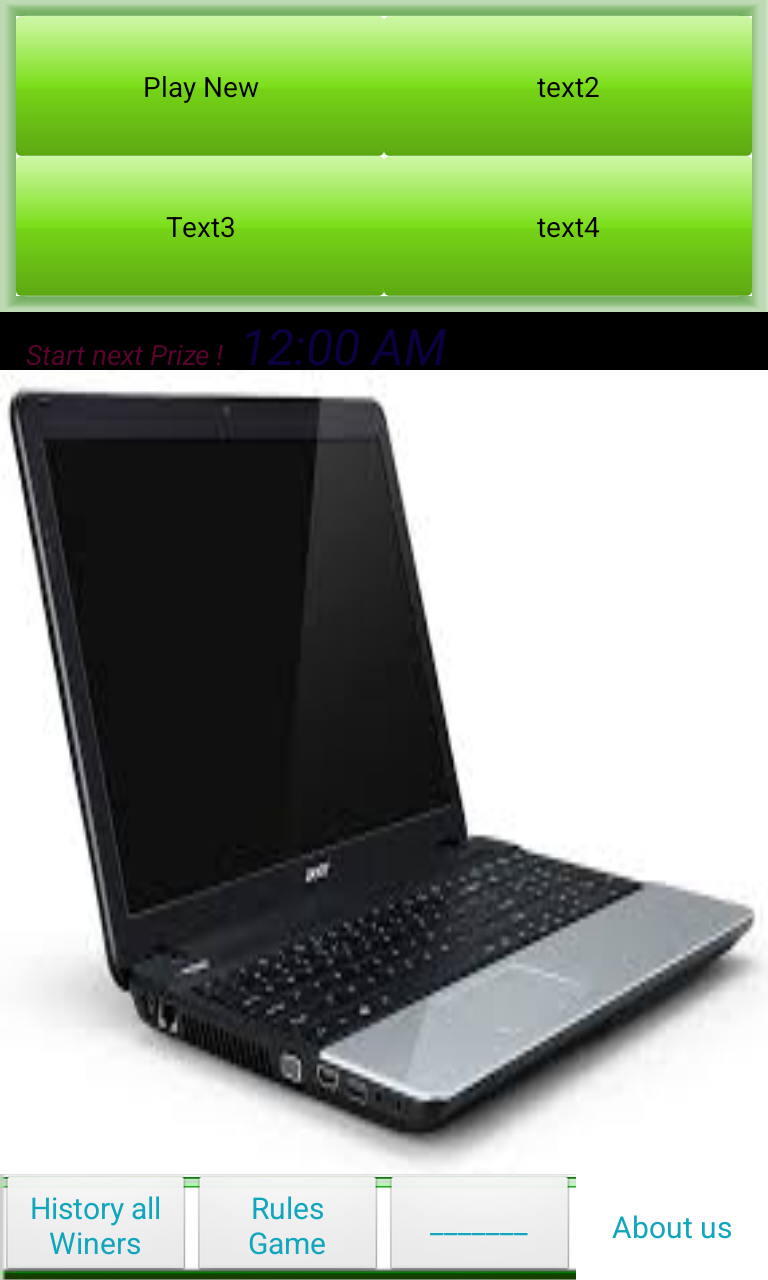
Repository: Skyremix/lottery
Layout: lotery/thelotter/res/layout/activity_main.xml
An editor plug-in stored every save of this project. The layout is shown before and after the next save, followed by the edit.
It is drawn on a 768 x 1280 px phone screen (xhdpi) without system bars, with theme android:Theme.WithActionBar; the app's code is not run. The app's manifest (not shown) leaves right-to-left support off. So textAlignment, textDirection and layoutDirection are ignored, and left and right values win over start and end ones.

Above is the layout before, as saved 2015-04-07 20:42:56.

### lotery/thelotter/res/layout/activity_main.xml
<RelativeLayout xmlns:android="http://schemas.android.com/apk/res/android"
    xmlns:tools="http://schemas.android.com/tools"
    android:layout_width="match_parent"
    android:layout_height="match_parent"
    android:paddingBottom="0dp"
    android:paddingLeft="0dp"
    android:paddingRight="0dp"
    android:paddingTop="0dp"
    tools:context="com.example.thelotter.MainActivity" >

<LinearLayout
    android:layout_width="match_parent"
    android:layout_height="match_parent"
   	android:orientation="vertical">

    <LinearLayout
        android:layout_width="match_parent"
        android:layout_height="match_parent"
        android:layout_weight="1"
        android:orientation="vertical">

        <LinearLayout
            android:layout_width="match_parent"
            android:layout_height="156dp"
            android:orientation="vertical"
            android:background="@drawable/f">

            <LinearLayout
                android:layout_width="match_parent"
                android:layout_height="match_parent"
                android:orientation="horizontal"
                android:layout_weight="1"
                android:layout_marginLeft="0dp"
                android:layout_marginRight="0dp"
                android:layout_marginBottom="0dp">

                <Button
                    android:id="@+id/btn1"
                    android:layout_width="match_parent"
                    android:layout_height="match_parent"
                    android:layout_marginRight="0dp"
                    android:layout_weight="1"
                    android:background="@drawable/buttons"
                    android:paddingRight="0dp"
                    android:text="Play New"
                    android:layout_marginTop="8dp"
                    android:layout_marginLeft="8dp"/>

                <Button
                    android:id="@+id/btn2"
                    android:layout_width="match_parent"
                    android:layout_height="match_parent"
                    android:layout_marginLeft="0dp"
                    android:layout_weight="1"
                    android:paddingLeft="0dp"
                    android:text="text2"
                    android:background="@drawable/buttons"
                    android:layout_marginTop="8dp"
                    android:layout_marginRight="8dp"/>

            </LinearLayout>

            <LinearLayout
                android:layout_width="match_parent"
                android:layout_height="match_parent"
                android:orientation="horizontal"
                android:layout_weight="1"
                android:layout_marginLeft="0dp"
                android:layout_marginRight="0dp"
                android:layout_marginTop="0dp">

                <Button
                    android:id="@+id/btn3"
                    android:layout_width="match_parent"
                    android:layout_height="match_parent"
                    android:layout_weight="1"
                    android:onClick="@string/hello_world"
                    android:padding="0dp"
                    android:text="Text3"
                   	android:background="@drawable/buttons"
                   	android:layout_marginBottom="8dp"
                    android:layout_marginLeft="8dp"/>

                <Button
                    android:id="@+id/btn4"
                    android:layout_width="match_parent"
                    android:layout_height="match_parent"
                    android:layout_weight="1"
                    android:padding="0dp"
                    android:text="text4"
                    android:background="@drawable/buttons"
                    android:layout_marginBottom="8dp"
                    android:layout_marginRight="8dp"/>

            </LinearLayout>

        </LinearLayout>

        <LinearLayout
            android:layout_width="match_parent"
            android:layout_height="29dp" >

            <TextView
                android:id="@+id/txt1"
                android:layout_width="wrap_content"
                android:layout_height="wrap_content"
                android:layout_marginLeft="13dp"
                android:layout_marginRight="5dp"
                android:text="Start next Prize !"
                android:textColor="#59042F"
                android:textStyle="italic" />

            <DigitalClock
                android:id="@+id/digitalClock"
                android:layout_width="wrap_content"
                android:layout_height="wrap_content"
                android:layout_marginLeft="3dp"
                android:textAlignment="center"
                android:textColor="#0E0040"
                android:textSize="25sp"
                android:textStyle="italic"
            	/>

        </LinearLayout>

         <LinearLayout
             android:layout_width="match_parent"
             android:layout_height="match_parent" >

             <ImageView
                 android:id="@+id/imgGarely"
                 android:layout_width="match_parent"
                 android:layout_height="match_parent"
                 android:background="@drawable/p" />

        </LinearLayout>
    </LinearLayout>

    <LinearLayout
        android:layout_width="match_parent"
        android:layout_height="53dp"
        android:background="@drawable/b"
        android:orientation="horizontal" >

        <Button
            android:id="@+id/btnHistory"
            android:layout_width="match_parent"
            android:layout_height="match_parent"
            android:text="History all Winers"
            android:textSize="15sp"
            android:textColor="#10A6BE"
            android:layout_weight="1"/>

         <Button
            android:id="@+id/btnRules"
            android:layout_width="match_parent"
            android:layout_height="match_parent"
            android:text="Rules Game"
            android:textSize="15sp"
            android:textColor="#10A6BE"
            android:layout_weight="1"/>

      <Button
            android:id="@+id/btnSpace"
            android:layout_width="match_parent"
            android:layout_height="match_parent"
            android:text="_______"
            android:textSize="15sp"
            android:textColor="#10A6BE"
            android:layout_weight="1"/>

        <Button
            android:id="@+id/btnAbout"
            android:layout_width="match_parent"
            android:layout_height="match_parent"
            android:text="About us"
            android:background="#ffffff"
            android:textSize="15sp"
            android:textColor="#10A6BE"
            android:layout_weight="1"/>

    </LinearLayout>

</LinearLayout>

</RelativeLayout>

### lotery/thelotter/res/values/strings.xml
<?xml version="1.0" encoding="utf-8"?>
<resources>

    <string name="app_name">thelotter</string>
    <string name="hello_world">Hello world!</string>
    <string name="account">Account</string>
    <string name="rules">Rules</string>
    <string name="about_as">About AS</string>
    <string name="quit">Quit</string>

</resources>

After the next save:
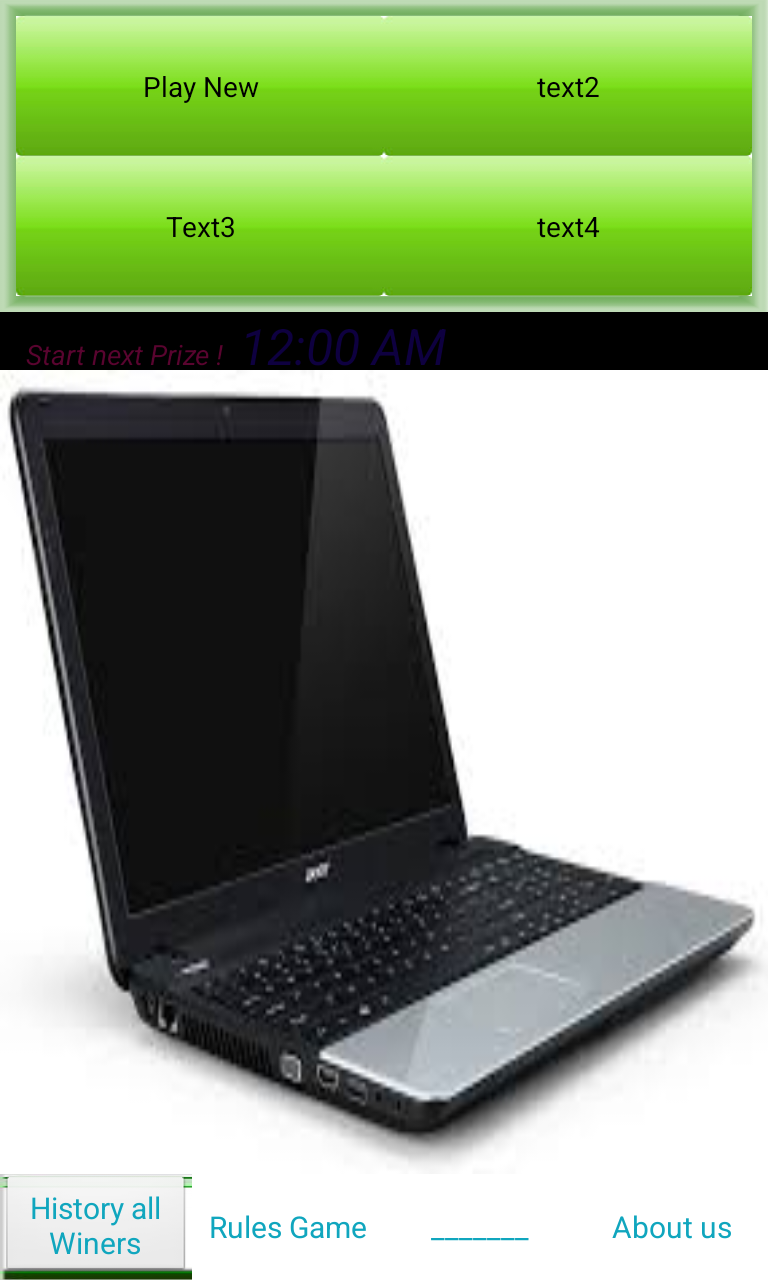
Saved 33 s later.
--- a/lotery/thelotter/res/layout/activity_main.xml
+++ b/lotery/thelotter/res/layout/activity_main.xml
@@ -158,7 +158,8 @@
             android:text="Rules Game"
             android:textSize="15sp"
             android:textColor="#10A6BE"
-            android:layout_weight="1"/>
+            android:layout_weight="1"
+            android:background="#ffffff"/>
 
       <Button
             android:id="@+id/btnSpace"
@@ -167,6 +168,7 @@
             android:text="_______"
             android:textSize="15sp"
             android:textColor="#10A6BE"
+            android:background="#ffffff"
             android:layout_weight="1"/>
 
         <Button
